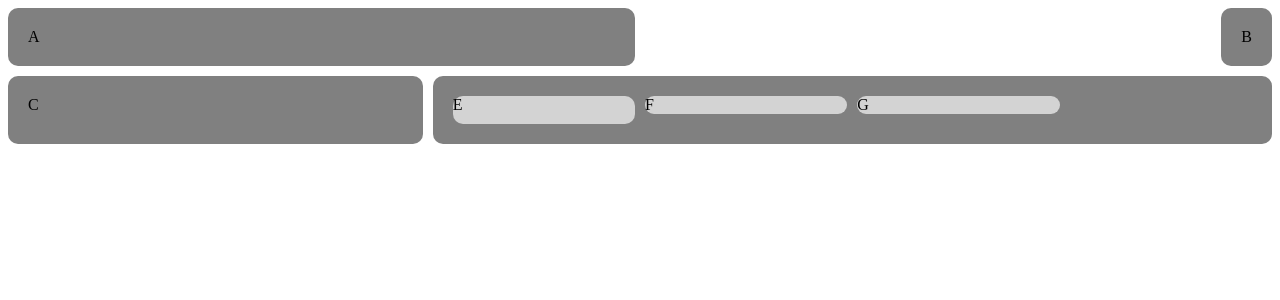
Repository: Yevhen94/nixhw
Page: fourth-lesson/index.html
An editor plug-in stored every save of this project. The page is shown before and after the next save, followed by the edit.
The browser window is 1280 px wide. The pictures show the whole page.

Above is the page before, as saved 2022-02-08 16:02:23.

### fourth-lesson/index.html
<!DOCTYPE html>
<html lang="en">
  <head>
    <meta charset="UTF-8" />
    <meta http-equiv="X-UA-Compatible" content="IE=edge" />
    <meta name="viewport" content="width=device-width, initial-scale=1.0" />
    <link rel="stylesheet" href="./styles/index.css" />
    <title>Flex+Grid</title>
  </head>
  <body>
    <!-- <div class="first-ex">
      <div class="block block--yellow">
        <span>A</span>
      </div>
      <div class="block block--yellow">
        <span>B</span>
      </div>
      <div class="block block--yellow">
        <span>C</span>
      </div>
      <div class="block block--pink">
        <span>D</span>
      </div>
      <div class="block block--pink">
        <span>E</span>
      </div>
      <div class="block block--pink">
        <span>F</span>
      </div>
      <div class="block block--green">
        <span>G</span>
      </div>
      <div class="block block--green">
        <span>H</span>
      </div>
      <div class="block block--green">
        <span>I</span>
      </div>
      <div class="block block--blue">
        <span>J</span>
      </div>
      <div class="block block--blue">
        <span>K</span>
      </div>
      <div class="block block--blue">
        <span>L</span>
      </div>
    </div> -->
    <!-- <div class="second-ex">
      <div class="resp-block two-in-one">
        <span>A</span>
      </div>
      <div class="resp-block">
        <span>B</span>
      </div>
      <div class="resp-block">
        <span>C</span>
      </div>
      <div class="resp-block">
        <span>D</span>
      </div>
      <div class="resp-block">
        <span>E</span>
      </div>
      <div class="resp-block">
        <span>F</span>
      </div>
      <div class="resp-block four-in-one">
        <span>G</span>
      </div>
      <div class="resp-block">
        <span>H</span>
      </div>
      <div class="resp-block">
        <span>I</span>
      </div>
      <div class="resp-block">
        <span>J</span>
      </div>
      <div class="resp-block three-in-one">
        <span>K</span>
      </div>
      <div class="resp-block">
        <span>L</span>
      </div>
      <div class="resp-block">
        <span>M</span>
      </div>
    </div> -->
    <div class="third-ex">
      <div class="item">
        <span>A</span>
      </div>
      <div class="item">
        <span>B</span>
      </div>
      <div class="item two-row-item">
        <span>C</span>
      </div>
      <div class="item subgrid">
        <div class="subitem subitem-first">
          <span>E</span>
        </div>
        <div class="subitem">
          <span>F</span>
        </div>
        <div class="subitem">
          <span>G</span>
        </div>
      </div>
    </div>
  </body>
</html>

### fourth-lesson/styles/index.css
.first-ex {
  grid-template-columns: repeat(3, 1fr);
  display: grid;
  gap: 10px;
}

.block {
  justify-content: center;
  align-items: center;
  min-height: 150px;
  font-weight: bold;
  min-width: 150px;
  font-size: 30px;
  display: flex;
}

.block--yellow {
  background-color: yellow;
  justify-self: end;
}

.block--pink {
  background-color: pink;
  justify-self: start;
}

.block--green {
  background-color: lightgreen;
  justify-self: center;
}

.block--blue {
  background-color: lightblue;
}

.second-ex {
  grid-template-columns: repeat(auto-fill, minmax(200px, 1fr));
  display: grid;
  gap: 10px;
}

.resp-block {
  background-color: lightgrey;
  justify-content: center;
  align-items: center;
  border-radius: 20px;
  font-weight: bold;
  font-size: 30px;
  padding: 20px;
  display: flex;
}

.two-in-one {
  grid-column: 1 / span 2;
}

.four-in-one {
  grid-column-end: span 2;
  grid-row-end: span 2;
}

.three-in-one {
  grid-column-end: span 3;
}

.third-ex {
  grid-template-columns: repeat(6, 1fr);
  display: grid;
  gap: 10px;
}

.item {
  background-color: grey;
  border-radius: 10px;
  padding: 20px;
}

.item:nth-child(1) {
  grid-column-end: span 3;
}

.item:nth-child(2) {
  grid-column-end: span 3;
  justify-self: end;
}

.item:nth-child(3) {
  grid-column-end: span 2;
  grid-row-end: span 2;
}

.item:nth-child(4) {
  grid-column-end: span 4;
  grid-row-end: span 2;
}

.subgrid {
  grid-template-columns: subgrid;
  grid-template-rows: subgrid;
  display: grid;
}

.subitem {
  background-color: lightgray;
  border-radius: 10px;
}

.subitem-first {
  grid-row-end: span 2;
  grid-column: 1;
}

After the next save:
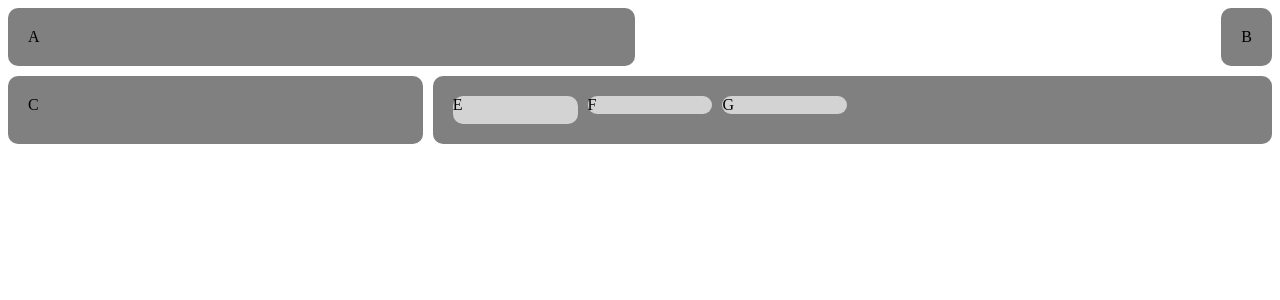
Saved 39 s later.
--- a/fourth-lesson/styles/index.css
+++ b/fourth-lesson/styles/index.css
@@ -95,9 +95,12 @@
 }
 
 .subgrid {
-  grid-template-columns: subgrid;
-  grid-template-rows: subgrid;
+  /* grid-template-columns: subgrid;
+  grid-template-rows: subgrid; */
   display: grid;
+  grid-template-columns: repeat(6, 1fr);
+  display: grid;
+  gap: 10px;
 }
 
 .subitem {
